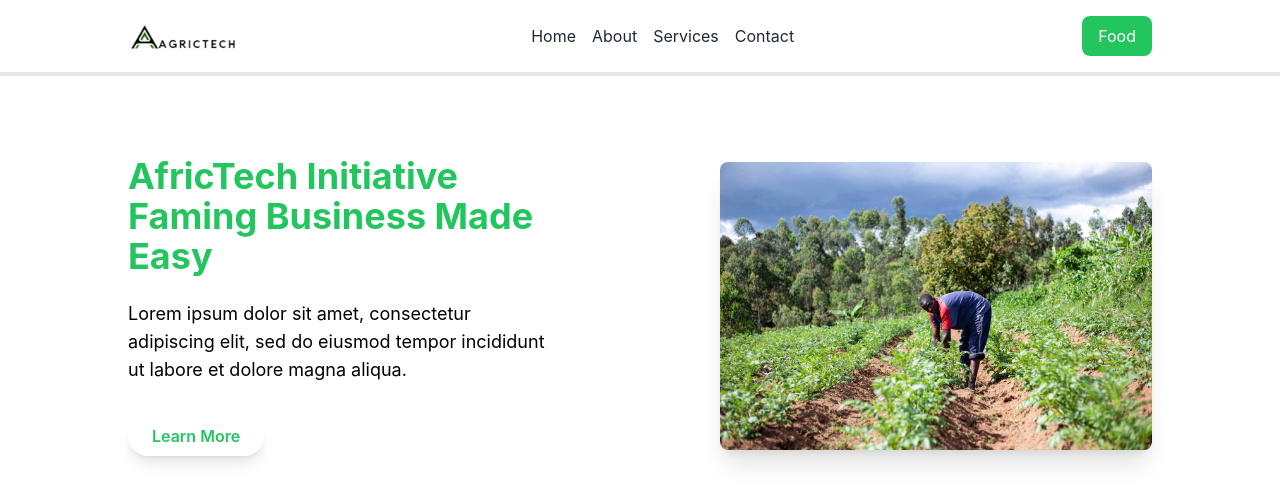
Repository: akinolapo/agric-tech
Page: /
These files come from the project's save history. The page is drawn as it stood at one moment and after the next save; the edit follows.
The browser window is 1280 px wide. The pictures show the whole page.
The project was rebuilt for these pictures with package versions that can differ from the ones it lists, and the page was loaded fresh each time.

Above is the page before, as saved 2023-05-27 00:19:03.

### src/App.js
import React from 'react'
import Header from './components/Header'
import Hero from './components/Hero'

const App = () => {
  return (
    <div>
      <Header/>
      <Hero/>
    </div>
  )
}

export default App

### src/components/Header.jsx
import React, { useState } from 'react';

const Header = () => {
  const [isMenuOpen, setIsMenuOpen] = useState(false);

  const toggleMenu = () => {
    setIsMenuOpen(!isMenuOpen);
  };

  const closeMenu = () => {
    setIsMenuOpen(false);
  };

  return (
    <header className="bg-white border-b-4">
      <div className="container mx-auto flex justify-between items-center py-4 px-5 sm:px-32">
        <div className="flex items-center">
          <img
            src={process.env.PUBLIC_URL+`media/logo.png`}
            alt="Logo"
            className="h-8 w-auto"
          />
        </div>
        <div className="hidden md:flex space-x-4">
          <a href="#" className="text-gray-800 hover:text-gray-600">Home</a>
          <a href="#" className="text-gray-800 hover:text-gray-600">About</a>
          <a href="#" className="text-gray-800 hover:text-gray-600">Services</a>
          <a href="#" className="text-gray-800 hover:text-gray-600">Contact</a>
        </div>
        <div className="md:hidden">
          <button
            type="button"
            className="flex items-center p-2 rounded-md text-gray-800 hover:text-gray-600 focus:outline-none"
            onClick={toggleMenu}
          >
            <svg
              xmlns="http://www.w3.org/2000/svg"
              className="h-6 w-6"
              fill="none"
              viewBox="0 0 24 24"
              stroke="currentColor"
            >
              <path
                strokeLinecap="round"
                strokeLinejoin="round"
                strokeWidth="2"
                d="M4 6h16M4 12h16M4 18h16"
              />
            </svg>
          </button>

        </div>
        <div className="hidden md:block">
          <button
            type="button"
            className="bg-green-500 text-white rounded-lg py-2 px-4"
          >
            Food
          </button>
        </div>
      </div>
      <div>
          {isMenuOpen && (
            <div className="mt-2 w-full">
              <ul className="bg-white border rounded-md divide-y divide-gray-200 shadow-md">
                <li className="py-2 px-4">
                  <a href="#" className="text-gray-800 hover:text-gray-600">Home</a>
                </li>
                <li className="py-2 px-4">
                  <a href="#" className="text-gray-800 hover:text-gray-600">About</a>
                </li>
                <li className="py-2 px-4">
                  <a href="#" className="text-gray-800 hover:text-gray-600">Services</a>
                </li>
                <li className="py-2 px-4">
                  <a href="#" className="text-gray-800 hover:text-gray-600">Contact</a>
                </li>
                <li className="py-2 px-4">
                  <button
                    type="button"
                    className="bg-green-500 text-white rounded-lg py-2 px-4 w-full"
                  >
                    Food
                  </button>
                </li>
              </ul>
              <div className="absolute top-0 right-0 p-2">
              </div>
            </div>
          )}
          </div>
    </header>
  );
};

export default Header;

### src/components/Hero.jsx
import React from 'react';

const Hero = () => {
  return (
    <section className="bg-white text-black py-20 px-5 sm:px-32">
      <div className="container mx-auto flex flex-col lg:flex-row items-center gap-40">
        <div className="lg:w-1/2">
          <h1 className="text-4xl font-bold mb-6 text-green-500">AfricTech Initiative Faming Business Made Easy</h1>
          <p className="text-lg mb-8">Lorem ipsum dolor sit amet, consectetur adipiscing elit, sed do eiusmod tempor incididunt ut labore et dolore magna aliqua.</p>
          <button className="bg-white text-green-500 py-2 px-6 rounded-full font-semibold shadow-lg hover:shadow-xl transition duration-300">Learn More</button>
        </div>
        <div className="lg:w-1/2">
          <img src={process.env.PUBLIC_URL+`media/hero.jpg`}alt="Agriculture" className="rounded-lg shadow-xl" />
        </div>
      </div>
    </section>
  );
};

export default Hero;

Loaded but not shown: public/index.html (common file); src/index.js (common file); src/index.css (common file); tailwind.config.js (common file)

After the next save:
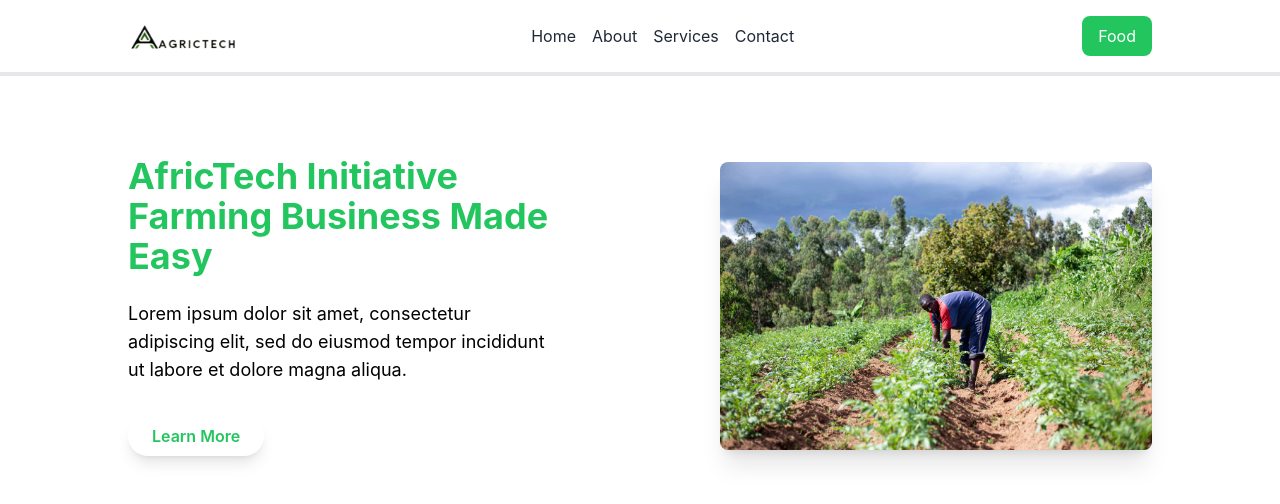
Saved 5 s later.
--- a/src/components/Hero.jsx
+++ b/src/components/Hero.jsx
@@ -5,7 +5,7 @@ const Hero = () => {
     <section className="bg-white text-black py-20 px-5 sm:px-32">
       <div className="container mx-auto flex flex-col lg:flex-row items-center gap-40">
         <div className="lg:w-1/2">
-          <h1 className="text-4xl font-bold mb-6 text-green-500">AfricTech Initiative Faming Business Made Easy</h1>
+          <h1 className="text-4xl font-bold mb-6 text-green-500">AfricTech Initiative Farming Business Made Easy</h1>
           <p className="text-lg mb-8">Lorem ipsum dolor sit amet, consectetur adipiscing elit, sed do eiusmod tempor incididunt ut labore et dolore magna aliqua.</p>
           <button className="bg-white text-green-500 py-2 px-6 rounded-full font-semibold shadow-lg hover:shadow-xl transition duration-300">Learn More</button>
         </div>
